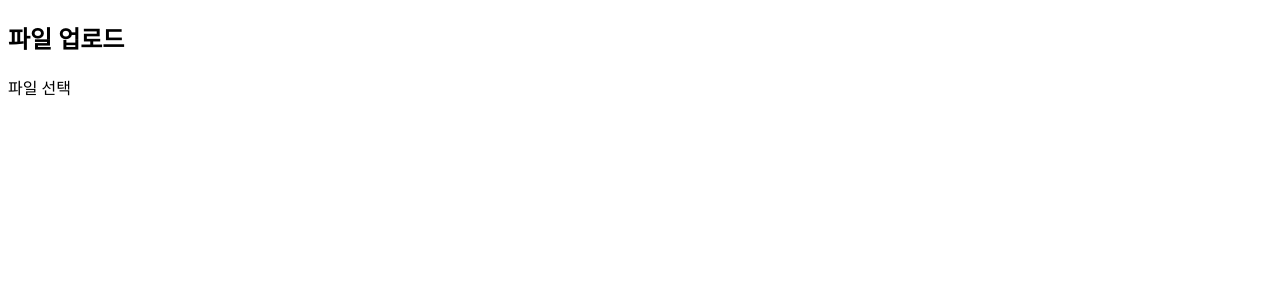
Repository: dnwpdud/WEB_CODES
Page: http://localhost/Web06_JSP_Servlet/ch19/fileUploadForm.jsp
The author's editor kept a copy of each file at every save. The page is drawn from the files as they stood at one save, then again after the next save.
The browser window is 1280 px wide. The pictures show the whole page.
The page is served by Tomcat 9. Other server files are loaded and not shown.

Above is the page before, as saved 2024-04-02 03:32:21.

### Web06_JSP_Servlet/src/main/webapp/ch19/fileUploadForm.jsp
<%@ page language="java" contentType="text/html; charset=UTF-8"
    pageEncoding="UTF-8"%>
<!DOCTYPE html>
<html>
<head>
<meta charset="UTF-8">
<title>Insert title here</title>
</head>
<body>
	<%--
		* 파일 업로드 구현 순서
		1. commons-fileupload-x.x.jar을 다운로드 및 WEB-INF/lib 폴더에 저장
		2. commons-io.x.x.jar을 다운로드 및 WEB_INF/lib 폴더에 저장

	 --%>

	 <h2>파일 업로드</h2>
 	 <p>파일 선택</p>
 	 <form action="uploadFile.jsp" method="POST" enctype="multpart/form-data"></form>
</body>
</html>

After the next save:
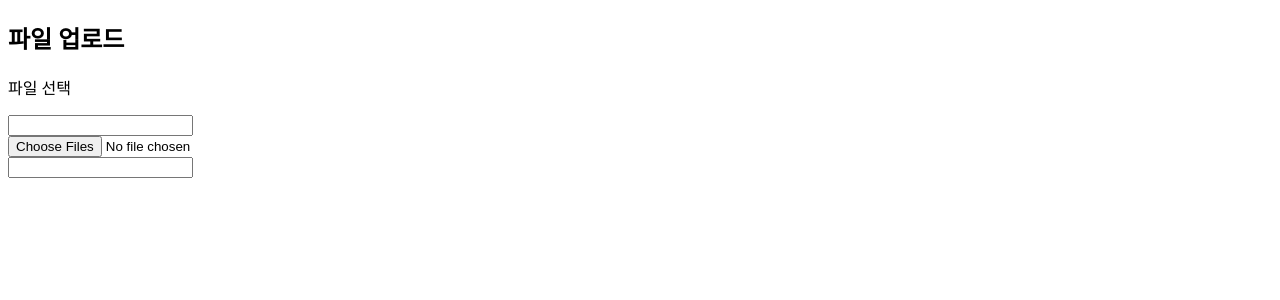
Saved 57 s later.
--- a/Web06_JSP_Servlet/src/main/webapp/ch19/fileUploadForm.jsp
+++ b/Web06_JSP_Servlet/src/main/webapp/ch19/fileUploadForm.jsp
@@ -16,6 +16,10 @@
 
 	 <h2>파일 업로드</h2>
  	 <p>파일 선택</p>
- 	 <form action="uploadFile.jsp" method="POST" enctype="multpart/form-data"></form>
+ 	 <form action="uploadFile.jsp" method="POST" enctype="multpart/form-data">
+ 	 <input type="text" name="name"><br>
+ 	 <input type="file" name="files" multiple="multiple"><br>
+ 	 <input type="text" name="name"><br>
+ 	 </form>
 </body>
 </html>
